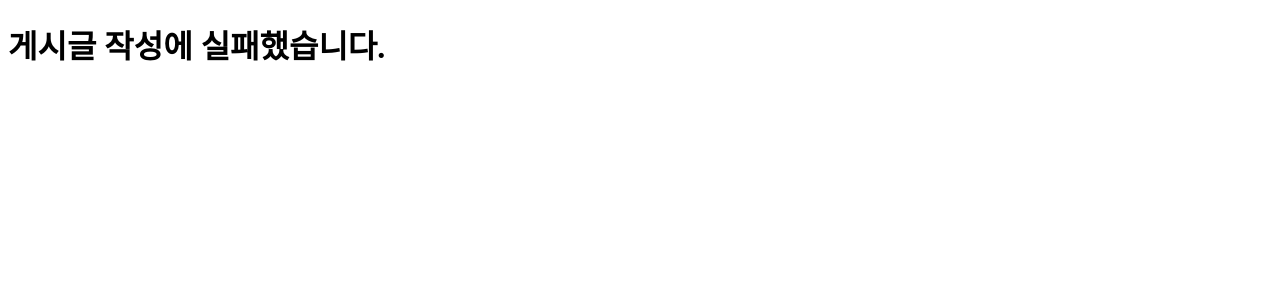
Repository: bbookk1104/spring-workspace
Page: http://localhost/02_SpringMVC_CRUD/boardWrite.do
An editor plug-in stored every save of this project. The page is shown before and after the next save, followed by the edit.
The browser window is 1280 px wide. The pictures show the whole page.
The page is served by Tomcat 9. Other server files are loaded and not shown. Queries for data that is not in the repository find no rows.

Above is the page before, as saved 2022-10-04 04:47:31.

### 02_SpringMVC_CRUD/src/main/webapp/WEB-INF/views/board/boardWriteResult.jsp
<%@ page language="java" contentType="text/html; charset=UTF-8"
    pageEncoding="UTF-8"%>
<!DOCTYPE html>
<html>
<head>
<meta charset="UTF-8">
<title>Insert title here</title>
</head>
<body>
	<h1>${message }</h1>

</body>
</html>

After the next save:
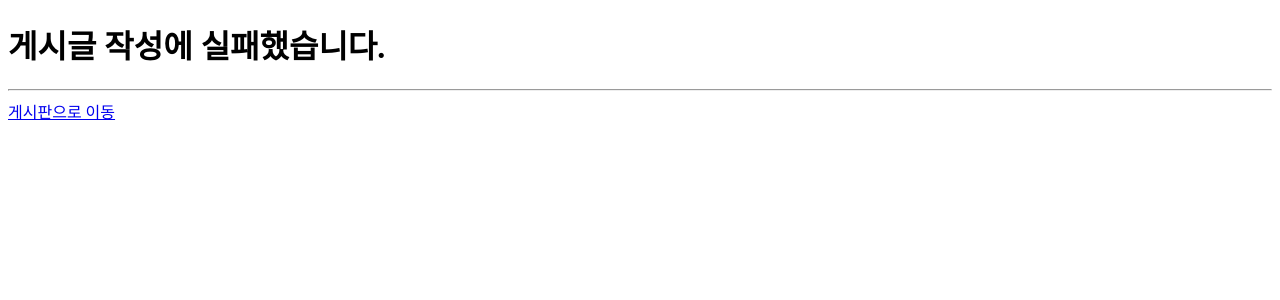
Saved 49 s later.
--- a/02_SpringMVC_CRUD/src/main/webapp/WEB-INF/views/board/boardWriteResult.jsp
+++ b/02_SpringMVC_CRUD/src/main/webapp/WEB-INF/views/board/boardWriteResult.jsp
@@ -8,6 +8,7 @@
 </head>
 <body>
 	<h1>${message }</h1>
-
+	<hr>
+	<a href="/boardList.do">게시판으로 이동</a>
 </body>
 </html>
